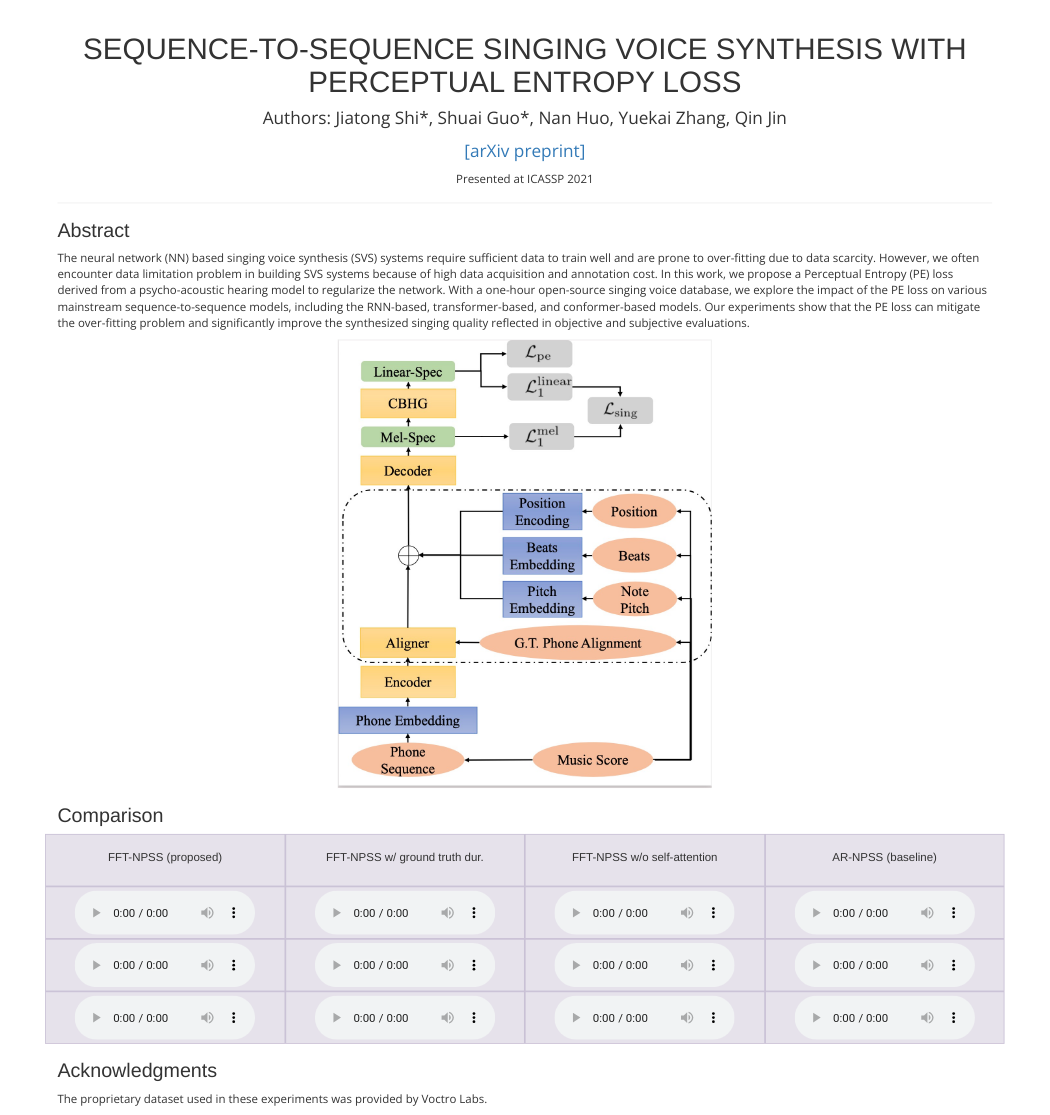
Repository: PeterGuoRuc/SVS_pe.github.io
Page: index.html
An editor plug-in stored every save of this project. The page is shown before and after the next save, followed by the edit.
The browser window is 1280 px wide. The pictures show the whole page, at 82% of full size.

Above is the page before, as saved 2021-06-06 16:54:24.

After the next save:
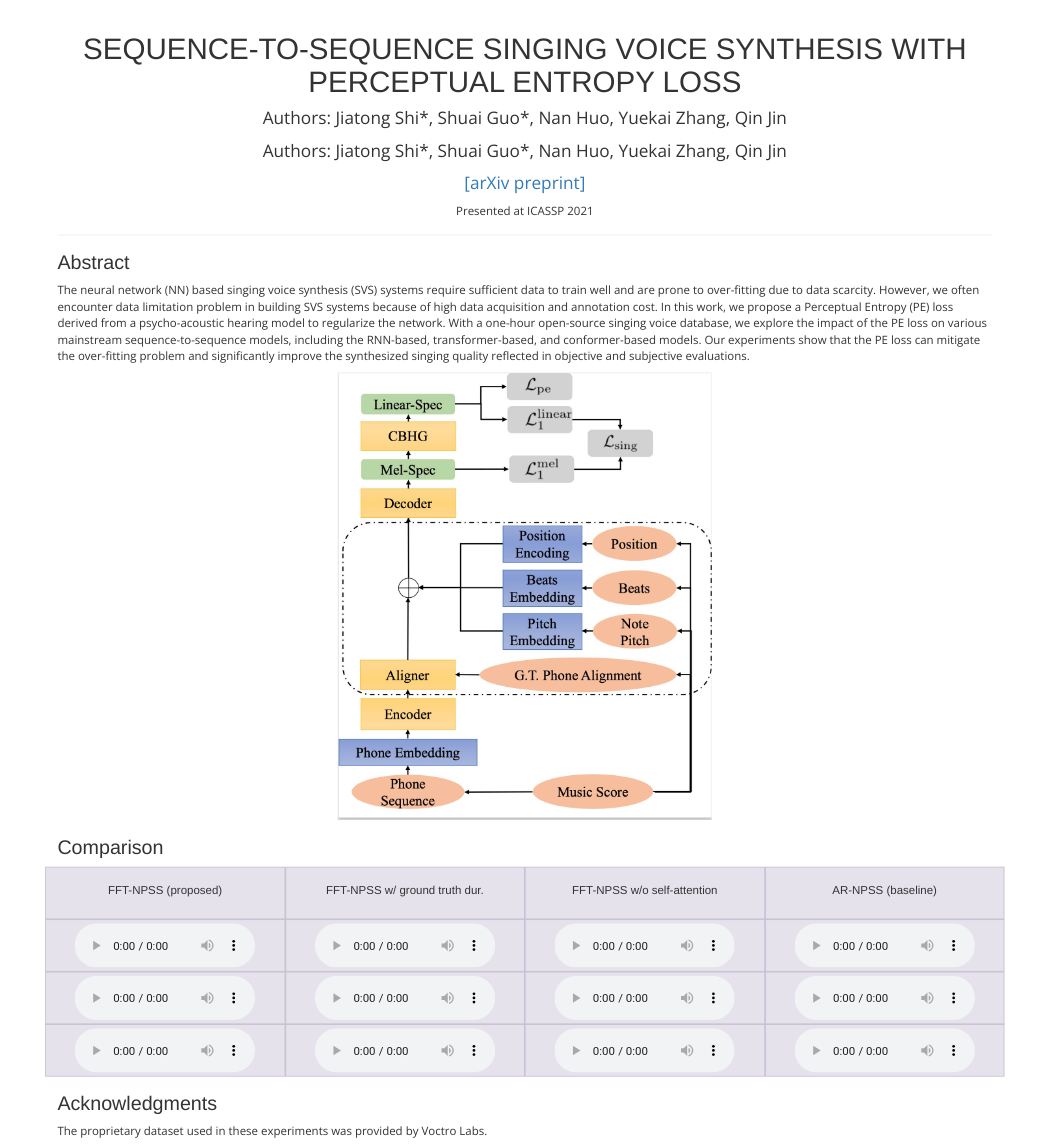
Saved 11 s later.
--- a/index.html
+++ b/index.html
@@ -45,7 +45,9 @@
         <p class="lead">
           Authors: Jiatong Shi*, Shuai Guo*, Nan Huo, Yuekai Zhang, Qin Jin
         </p>
-
+        <p class="lead">
+          Authors: Jiatong Shi*, Shuai Guo*, Nan Huo, Yuekai Zhang, Qin Jin
+        </p>
         <p class="lead">
           <a class="lead_link" href="https://arxiv.org/abs/2010.12024">[arXiv preprint]</a>
         </p>
